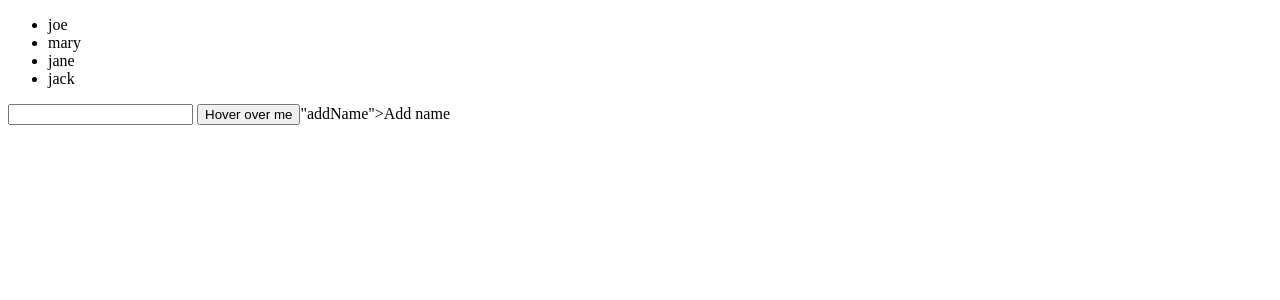
Repository: Samtrapskin/Time-to-learn-Vue.JS
Page: lara.html
The author's editor kept a copy of each file at every save. The page is drawn from the files as they stood at one save, then again after the next save.
The browser window is 1280 px wide. The pictures show the whole page.
Some web libraries are served in a nearby version.

Above is the page before, as saved 2018-07-03 13:13:37.

After the next save:
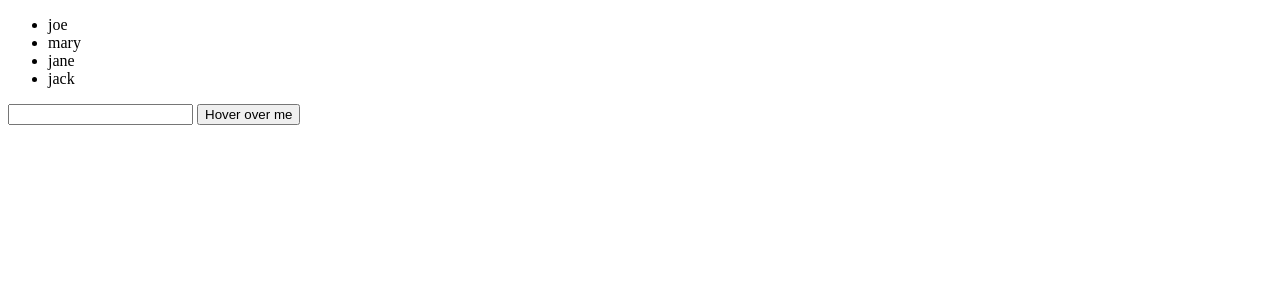
Saved 4 s later.
--- a/lara.html
+++ b/lara.html
@@ -16,7 +16,7 @@
 
       <input id="input" type="text" v-model="newName" v-on:keyUp="addName">
 
-      <button title="iam the title of the button.">Hover over me</button>"addName">Add name</button>
+      <button title="iam the title of the button.">Hover over me</button>
     </div>
         <script src="https://cdn.jsdelivr.net/npm/vue@2.5.16/dist/vue.js"></script>
 
